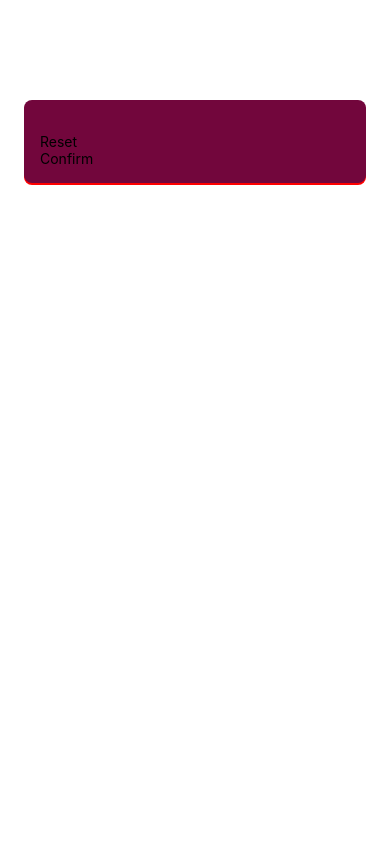
Repository: SyLe-Van/Number-Guessing-Game
Screen: /
An editor plug-in stored every save of this project. The screen is shown before and after the next save, followed by the edit.
The app was drawn by React Native's web renderer in a window 390 px wide. The project was rebuilt for these pictures with package versions that can differ from the ones it lists, and the page was loaded fresh each time.

Above is the screen before, as saved 2024-02-01 23:02:52.

After the next save:
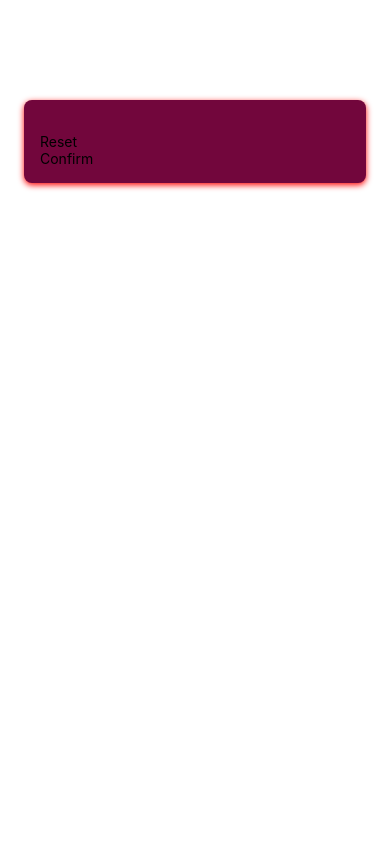
Saved 56 s later.
--- a/screens/StartGameScreen.js
+++ b/screens/StartGameScreen.js
@@ -18,6 +18,7 @@ const styles = StyleSheet.create({
     borderRadius: 8,
     shadowColor: "red",
     shadowOffset: { width: 0, height: 2 },
+    shadowRadius: 6,
   },
 });
 export default StartGameScreen;
